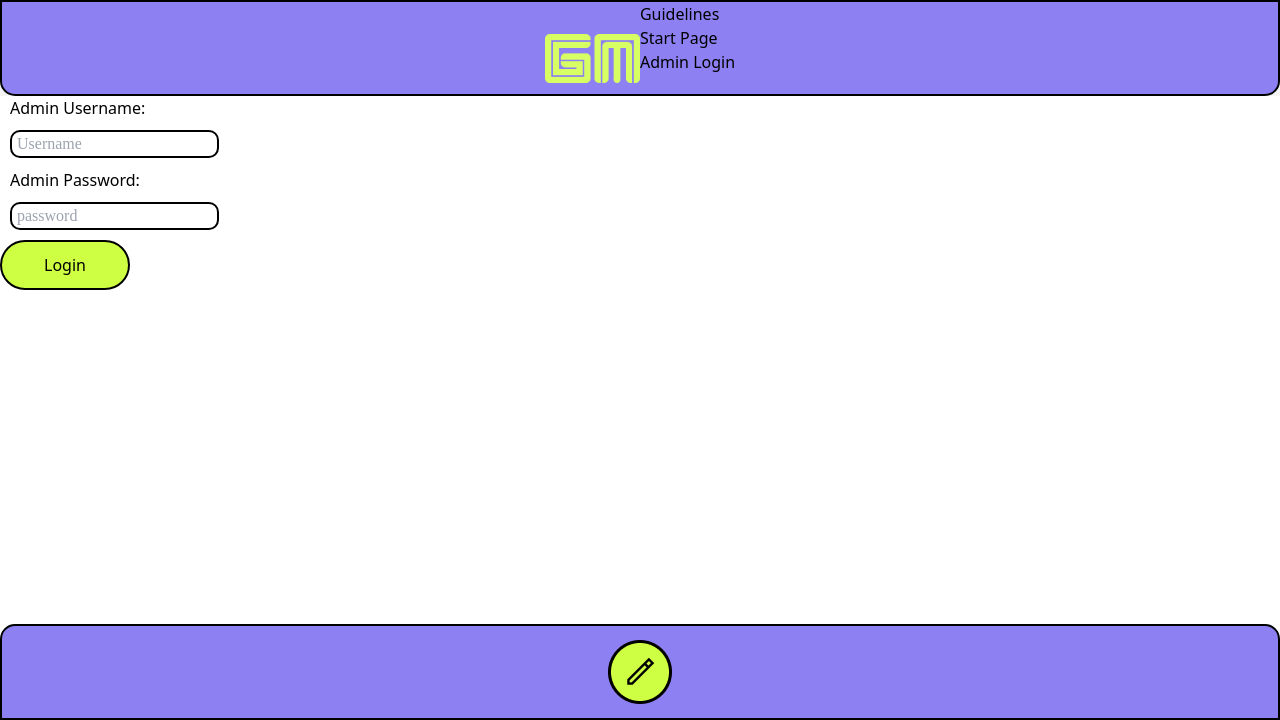
Repository: Yahya9102/Java22-ux22-Sideproject-main
Page: /adminLogin
These files come from the project's save history. The page is drawn as it stood at one moment and after the next save; the edit follows.
The browser window is 1280 px wide. The pictures show the whole page.
The project was rebuilt for these pictures with package versions that can differ from the ones it lists, and the page was loaded fresh each time. The framework's server and built-in components were replaced by stand-ins that run in the browser. Also part of the build but not shown: next.config.js.

Above is the page before, as saved 2023-05-04 13:59:15.

### pages/adminLogin.tsx
import { NextPage } from "next"
import Header from "@/p-components/header"
import AdminLogin from "@/p-components/AdminLogin"
import MainFooter from "@/p-components/MainFooter"
import { User } from "@/types/users"

const adminLogin: NextPage<User> = ({}) => {
  return (
    <div>
      <Header />
      <AdminLogin />
      <MainFooter />
    </div>
  )
}

export default adminLogin

### styles/globals.css
@tailwind base;
@tailwind components;
@tailwind utilities;

/* @import url("https://fonts.googleapis.com/css2?family=Space+Grotesk:wght@400;500;600;700&display=swap");
@import url("https://fonts.googleapis.com/css2?family=Space+Mono&display=swap");
@import url("https://fonts.googleapis.com/css2?family=Roboto+Condensed:wght@400;700&display=swap"); */

### p-components/header.tsx
import { NextPage } from "next"
import Image from "next/image"
import gmlogo from "/public/gmlogo.png"
import styles from "./styles/header.module.css"
import { useRouter } from "next/router"
import Link from "next/link"
import { useState } from "react"

const Header: NextPage = () => {
  const router = useRouter()

  const handleReturnToStartPage = () => {
    router.push("/startPage")
  }

  const [menuOpen, setMenuOpen] = useState(false)

  function handleMenuToggle() {
    setMenuOpen(!menuOpen)
  }

  return (
    <div className={styles.header_container}>
      <div className={styles.header_background}>
        <header className={styles.header_body}>
          <div className={styles.menu_icon}>
            <button type="button" onClick={handleMenuToggle}>
              <span className={styles.hamburger}></span>
              <span className={styles.hamburger}></span>
              <span className={styles.hamburger}></span>
            </button>
          </div>
          <div className={styles.menu_title}>
            <button type="button" onClick={handleReturnToStartPage}>
              <Image src={gmlogo} alt="Picture is unavailable" width={95} />
            </button>
          </div>
          <nav
            className={
              menuOpen
                ? `${styles.menu_links} ${styles.menu_open}`
                : styles.menu_links
            }
            onClick={handleMenuToggle}
          >
            <Link href="/">
              <p className={styles.menu_links_p}>Guidelines</p>
            </Link>
            <Link href="/startPage">
              <p className={styles.menu_links_p}>Start Page</p>
            </Link>
            <Link href="/adminLogin">
              <p className={styles.menu_links_p}> Admin Login</p>
            </Link>
          </nav>
        </header>
      </div>
    </div>
  )
}

export default Header

### p-components/AdminLogin.tsx
import { useState } from "react"
import { NextPage } from "next"
import router from "next/router"
import styles from "p-components/styles/adminLogin.module.css"

const AdminLogin: NextPage = () => {
  const ADMIN_USERNAME = process.env.NEXT_PUBLIC_ADMIN_USERNAME
  const ADMIN_PASSWORD = process.env.NEXT_PUBLIC_ADMIN_PASSWORD

  const [adminCredentials, setAdminCredentials] = useState({
    username: "",
    password: "",
  })

  const handleLoginClick = () => {
    if (
      adminCredentials.username === ADMIN_USERNAME &&
      adminCredentials.password === ADMIN_PASSWORD
    ) {
      router.push("/admin")
    } else {
      alert("Invalid admin username or password")
    }
  }

  return (
    <div>
      <fieldset>
        <label htmlFor="adminUsername" className={styles.label}>
          Admin Username:
        </label>
        <br />
        <input
          className={styles.input_fields}
          type="text"
          name="adminUsername"
          id="adminUsername"
          value={adminCredentials.username}
          onChange={(e) =>
            setAdminCredentials({
              ...adminCredentials,
              username: e.target.value,
            })
          }
          placeholder="Username"
        />
        <br />
        <label className={styles.label} htmlFor="adminPassword">
          Admin Password:
        </label>
        <br />
        <input
          className={styles.input_fields}
          type="password"
          name="adminPassword"
          id="adminPassword"
          value={adminCredentials.password}
          onChange={(e) =>
            setAdminCredentials({
              ...adminCredentials,
              password: e.target.value,
            })
          }
          placeholder="password"
        />
        <br />
        <button className={styles.adminLogin_button} onClick={handleLoginClick}>
          Login
        </button>
      </fieldset>
    </div>
  )
}

export default AdminLogin

### p-components/MainFooter.tsx
import React from "react"
import styles from "./styles/mainFooter.module.css"
import { useRouter } from "next/router"
import Image from "next/image"
import navbarImage from "../public/posticon.png"

function MainFooter() {
  const router = useRouter()

  const handleCreateButtonClick = () => {
    router.push("/createUser")
  }

  return (
    <div>
      <nav className={styles.main_footer}>
        <button type="submit" onClick={handleCreateButtonClick}>
          <Image
            src={navbarImage}
            alt=""
            width={64}
            height={64}
            className={styles.image_post}
          />
        </button>
      </nav>
    </div>
  )
}

export default MainFooter

### p-components/styles/header.module.css
.header_body {
  display: flex;
  justify-content: center;
  border: 2px solid black;
  min-height: 6rem;
  max-height: 6rem;
  border-radius: 0px 0px 15px 15px;
  background-color: rgba(141, 128, 242, 1);
}

.menu_title {
  padding-top: 2rem;
  /* background-color: aqua; */
}

.header_background {
  background-color: #f5f5f5;
}

### p-components/styles/adminLogin.module.css
.input_fields {
  border: solid 2px;

  border-radius: 10px;
  margin: 10px;
  font-family: "Space Grotesk";
  padding-left: 5px;
}

.adminLogin_button {
  background-color: #ceff42;
  width: 130px;
  height: 50px;
  border-radius: 25px;
  border: solid 2px;
}

.label {
  padding-left: 10px;
}

### p-components/styles/mainFooter.module.css
.main_footer {
  background-color: rgba(141, 128, 242, 1);
  height: 6rem;
  width: 100%;
  display: flex;
  border-radius: 15px 15px 0px 0px;
  border: 2px solid black;
  justify-content: center;
  position: fixed;
  bottom: 0;
}

Loaded but not shown: pages/_app.tsx (common file); pages/_document.tsx (common file); tailwind.config.js (common file)

After the next save:
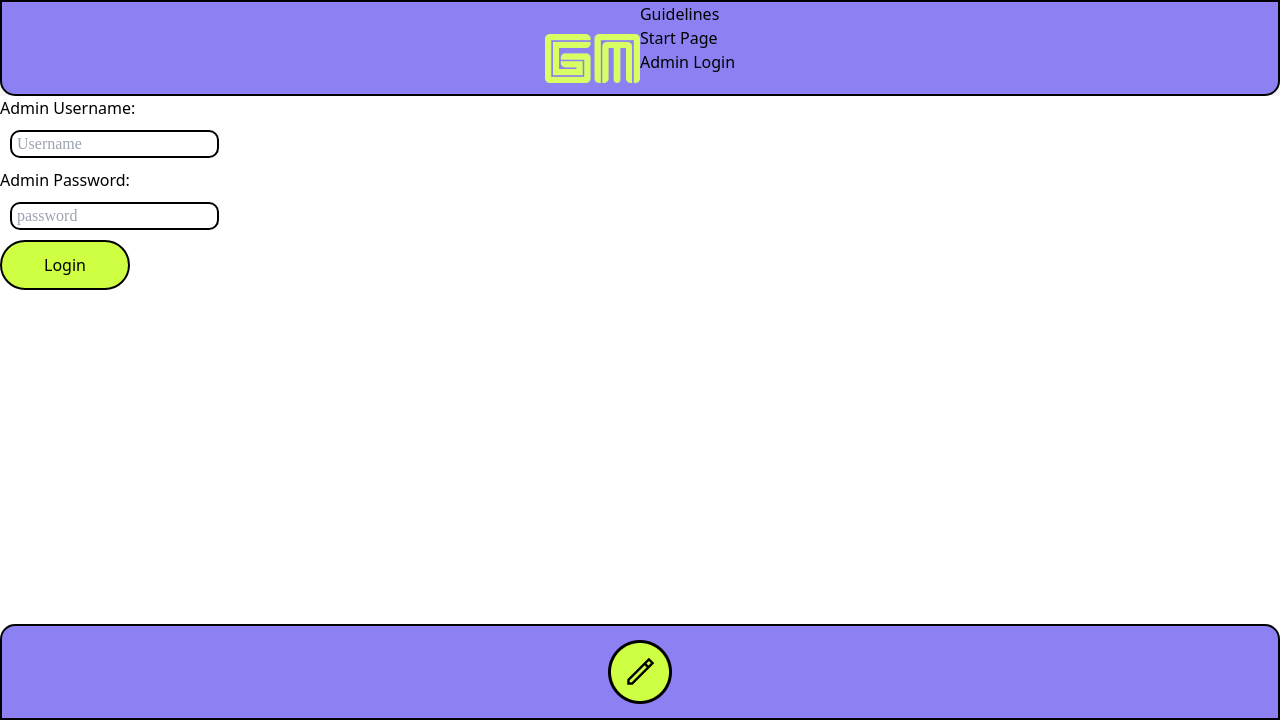
Saved 42 s later.
--- a/p-components/styles/adminLogin.module.css
+++ b/p-components/styles/adminLogin.module.css
@@ -14,7 +14,3 @@
   border-radius: 25px;
   border: solid 2px;
 }
-
-.label {
-  padding-left: 10px;
-}
